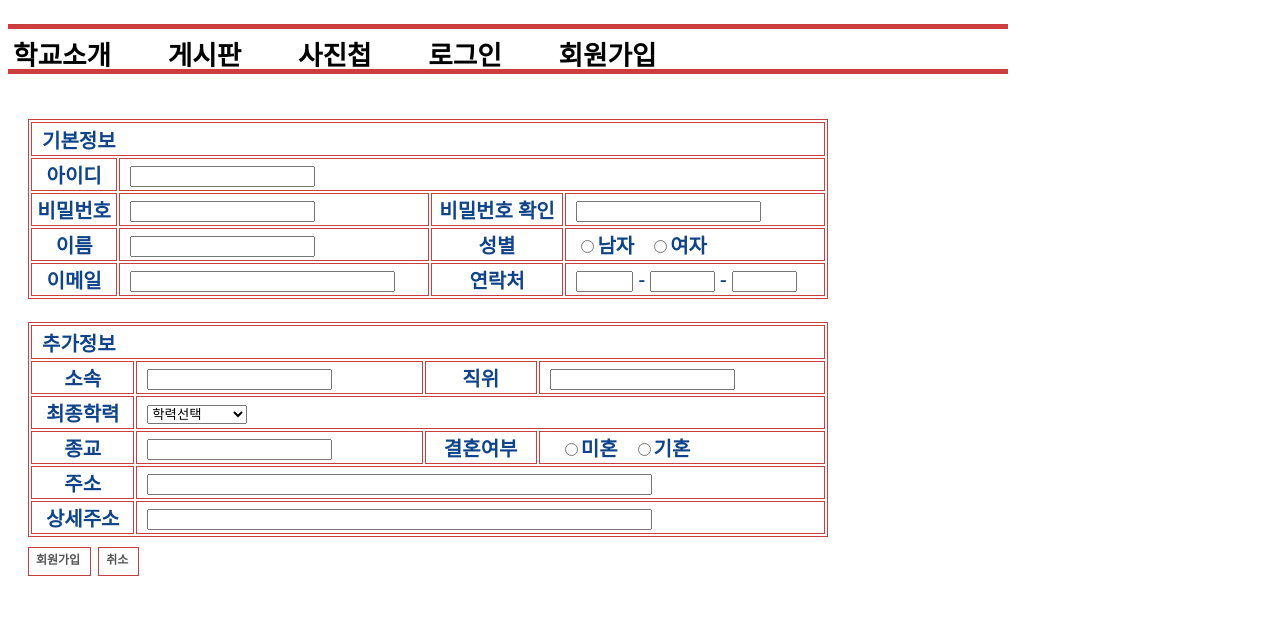
Repository: asaf0813/aisw
Page: java/이클립스/workspace/html/htmltest/WebContent/member/join.html
An editor plug-in stored every save of this project. The page is shown before and after the next save, followed by the edit.
The browser window is 1280 px wide. The pictures show the part of the page from y = 158 to 777 px (the page is 777 px tall).

Above is the page before, as saved 2019-10-03 10:46:22.

After the next save:
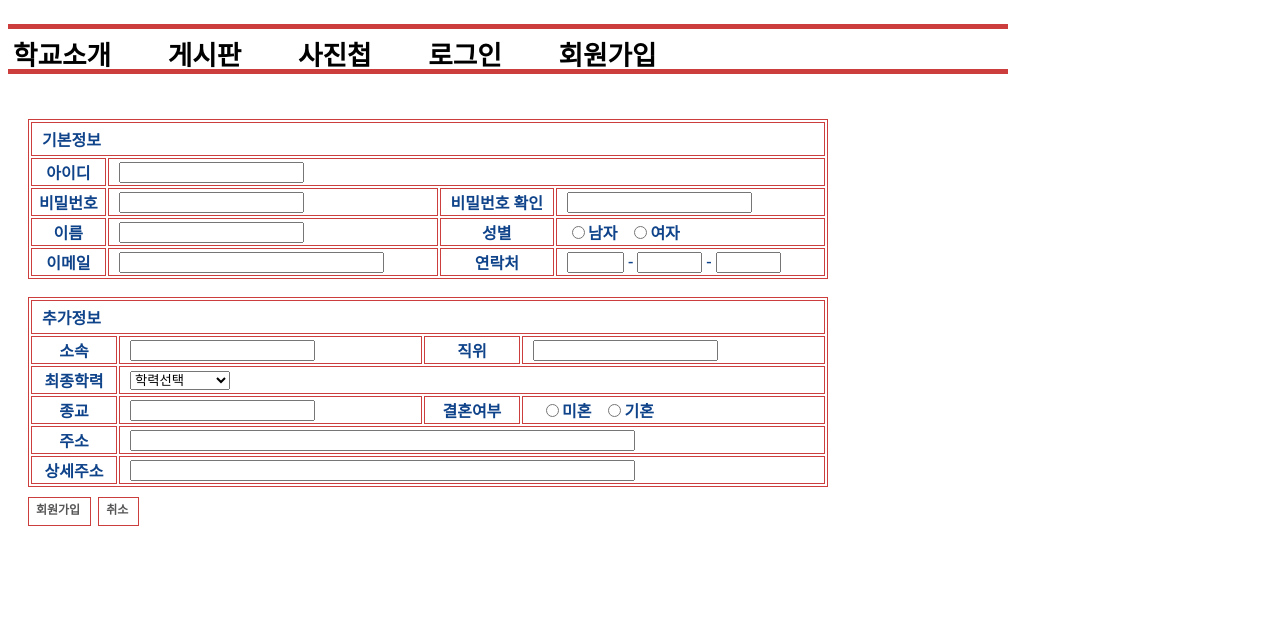
Saved 8 s later.
--- a/java/이클립스/workspace/html/htmltest/WebContent/member/join.css
+++ b/java/이클립스/workspace/html/htmltest/WebContent/member/join.css
@@ -47,7 +47,7 @@
 
 .modify_user{
 	font-weight:bold;
-	font-size:15pt;
+	font-size:12pt;
 }
 
 
